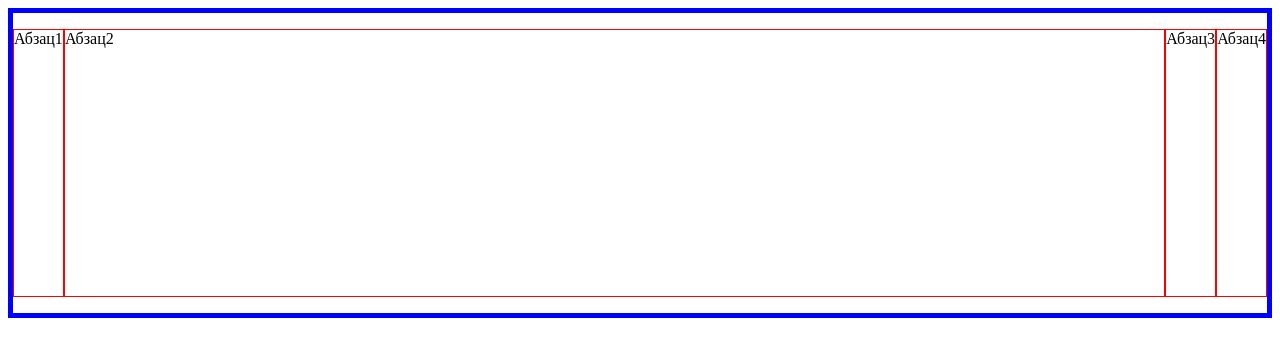
Repository: IrinaGetmanenko/week5
Page: week5/index.html
The author's editor kept a copy of each file at every save. The page is drawn from the files as they stood at one save, then again after the next save.
The browser window is 1280 px wide. The pictures show the whole page.

Above is the page before, as saved 2022-08-26 17:29:55.

### week5/index.html
<!DOCTYPE html>
<html lang="en">
<head>
    <meta charset="UTF-8">
    <meta http-equiv="X-UA-Compatible" content="IE=edge">
    <meta name="viewport" content="width=device-width, initial-scale=1.0">
    <title>Document</title>
    <style>
        p{
            border: 1px solid red;
        }
        .flexcontainer{
            border: 5px solid blue;
            justify-content: center;
            display: flex;
           height: 300px;

        }
        .flexp_s{
            justify-content: center;
            flex-grow: 1;

        }
        </style>
</head>

<body>
    <div class="flexcontainer">
    <p class="flexp"> Абзац1</p>
    <p class="flexp_s"> Абзац2</p>
    <p class="flexp">Абзац3 </p>
    <p class="flexp">Абзац4 </p>

    </div>
</body>
</html>

After the next save:
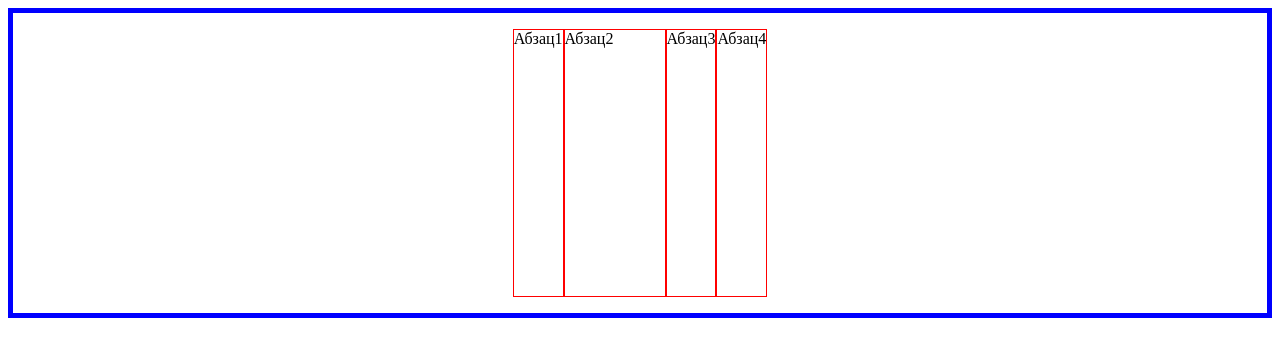
Saved 7 min 29 s later.
--- a/week5/index.html
+++ b/week5/index.html
@@ -17,8 +17,7 @@
 
         }
         .flexp_s{
-            justify-content: center;
-            flex-grow: 1;
+            flex-basis: 100px;
 
         }
         </style>
